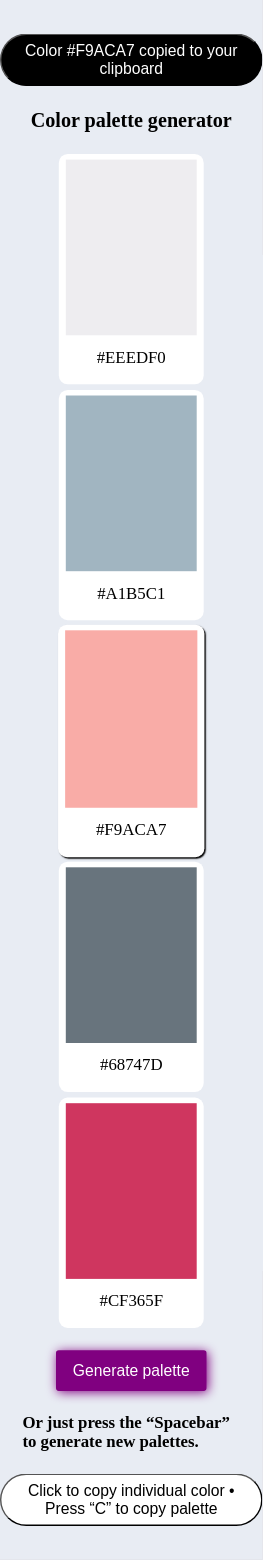
Repository: Hcmwebs/Color-Palette-Generator
Page: index.html
The author's editor kept a copy of each file at every save. The page is drawn from the files as they stood at one save, then again after the next save.
The browser window is 375 px wide. The pictures show the whole page, at 70% of full size.

Above is the page before, as saved 2020-07-07 12:37:37.

After the next save:
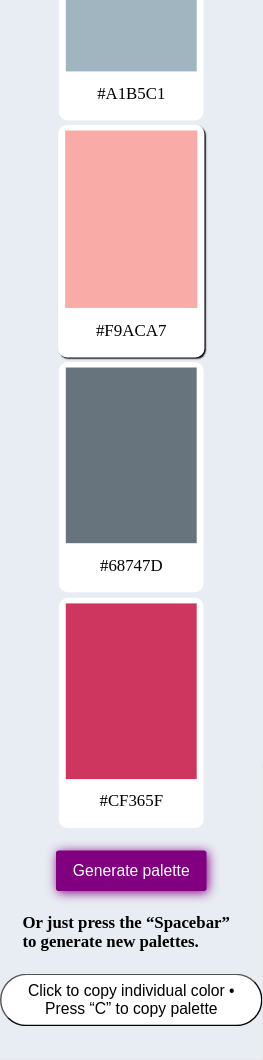
Saved 104 s later.
--- a/styles.css
+++ b/styles.css
@@ -135,6 +135,9 @@
     }
 }
 @media(max-width:600px){
+    body{
+        height: 100vh;
+    }
     .container{
         min-width: 300px;
         width: 100%;

After the save that followed:
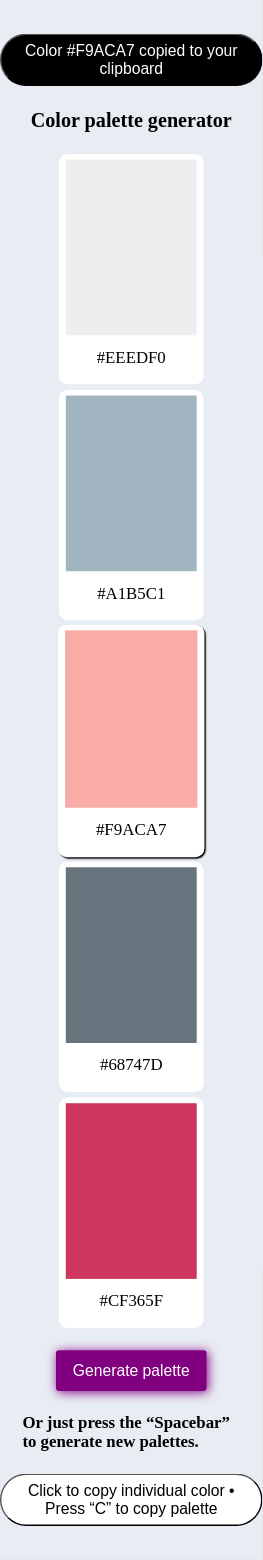
Saved 50 s later.
--- a/styles.css
+++ b/styles.css
@@ -136,7 +136,7 @@
 }
 @media(max-width:600px){
     body{
-        height: 100vh;
+        height: auto;
     }
     .container{
         min-width: 300px;
